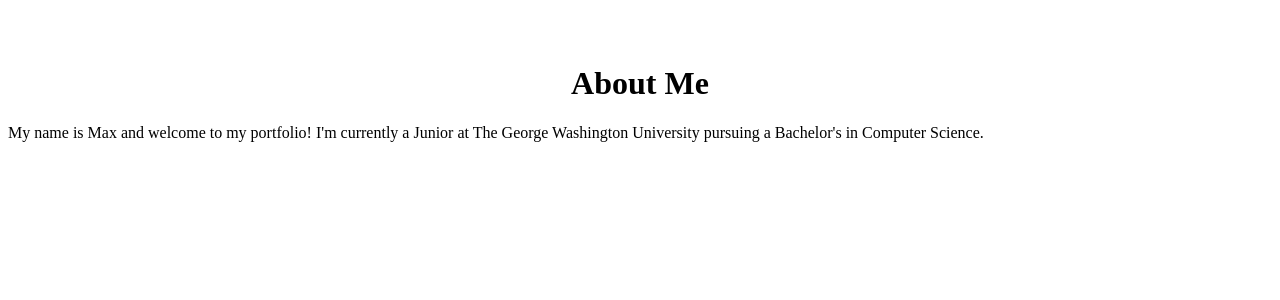
Repository: notMaximilian/maximilianaquino.github.io
Page: about.html
The author's editor kept a copy of each file at every save. The page is drawn from the files as they stood at one save, then again after a run of saves.
The browser window is 1280 px wide. The pictures show the whole page.

Above is the page before, as saved 2022-02-10 09:43:06.

### about.html
<!DOCTYPE html>
<html lang="en">

<head>
  <meta charset="UTF-8">
  <meta name="viewport" content="width=device-width, initial-scale=1, user-scaleable=no">
  <title>Max Aquino</title>
  <link rel="preconnect" href="https://fonts.googleapis.com">
  <link rel="preconnect" href="https://fonts.gstatic.com" crossorigin>
  <link href="https://fonts.googleapis.com/css2?family=Poppins:wght@300&display=swap" rel="stylesheet">
  <link rel="stylesheet" href="css/subpage.css">
</head>

<body>




  </div>
<!-- asdsa -->
<!--


      <div class="mainNav">
        <ul class = "navmenu">
          <li class = "navmenuItems"><h2 id="about">About Me</h2></li>
          <li class = "navmenuItems"><h2 id="projects">Projects</h2></li>
          <li class = "navmenuItems"><h2 id="experience">Experience</h2></li>
          <li class = "navmenuItems"><h2 id="more">More</h2></li>
        </ul> -->

      <br>
      <br>
      <h1>About Me</h1>
      <p>My name is Max and welcome to my portfolio! I'm currently a Junior at
        The George Washington University pursuing a Bachelor's in Computer Science.

      </p>



  <!-- Maximilian Fade in and out -->

  <!-- <script src="js/game.js"></script> -->
</body>

</html>

### css/subpage.css
.corners{
    position: absolute;
    width: 16vw;
}

#cornerL{
    transform: translate(-35vw, 23vh);
}
#cornerR{
    transform: translate(35vw, 23vh);
}

#github{
    position: absolute;
    width: 7vw;
    transform: translate(32vw, 28vh);
}
#twitter{
    position: absolute;
    width: 7vw;
    transform: translate(-32vw, 30vh);
}

ul{
    list-style-type: none;
}
li{
    float: left;
    font-family: "Poppins", sans-serif;
    margin-right: 2vw;
}

h1{
    text-align: center;
}

After the next 3 saves:
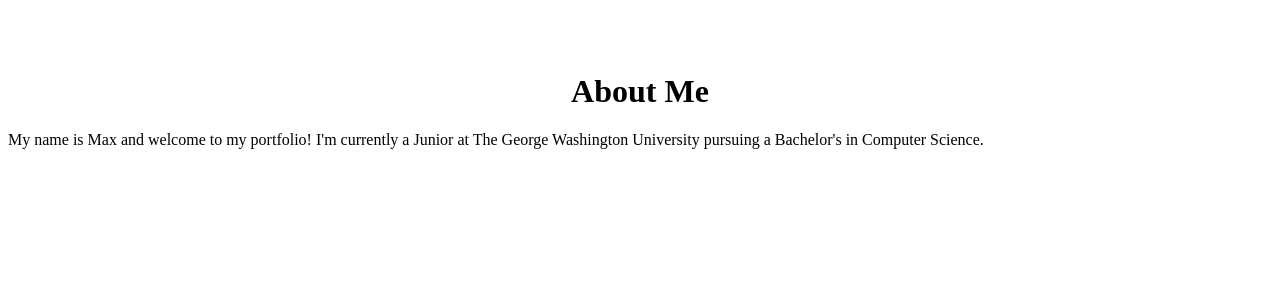
The 3 saves are shown as one change because they came seconds apart.
The last was saved 15 s later.
--- a/css/subpage.css
+++ b/css/subpage.css
@@ -32,4 +32,5 @@ li{
 
 h1{
     text-align: center;
+    margin-top: 4vh;
 }
